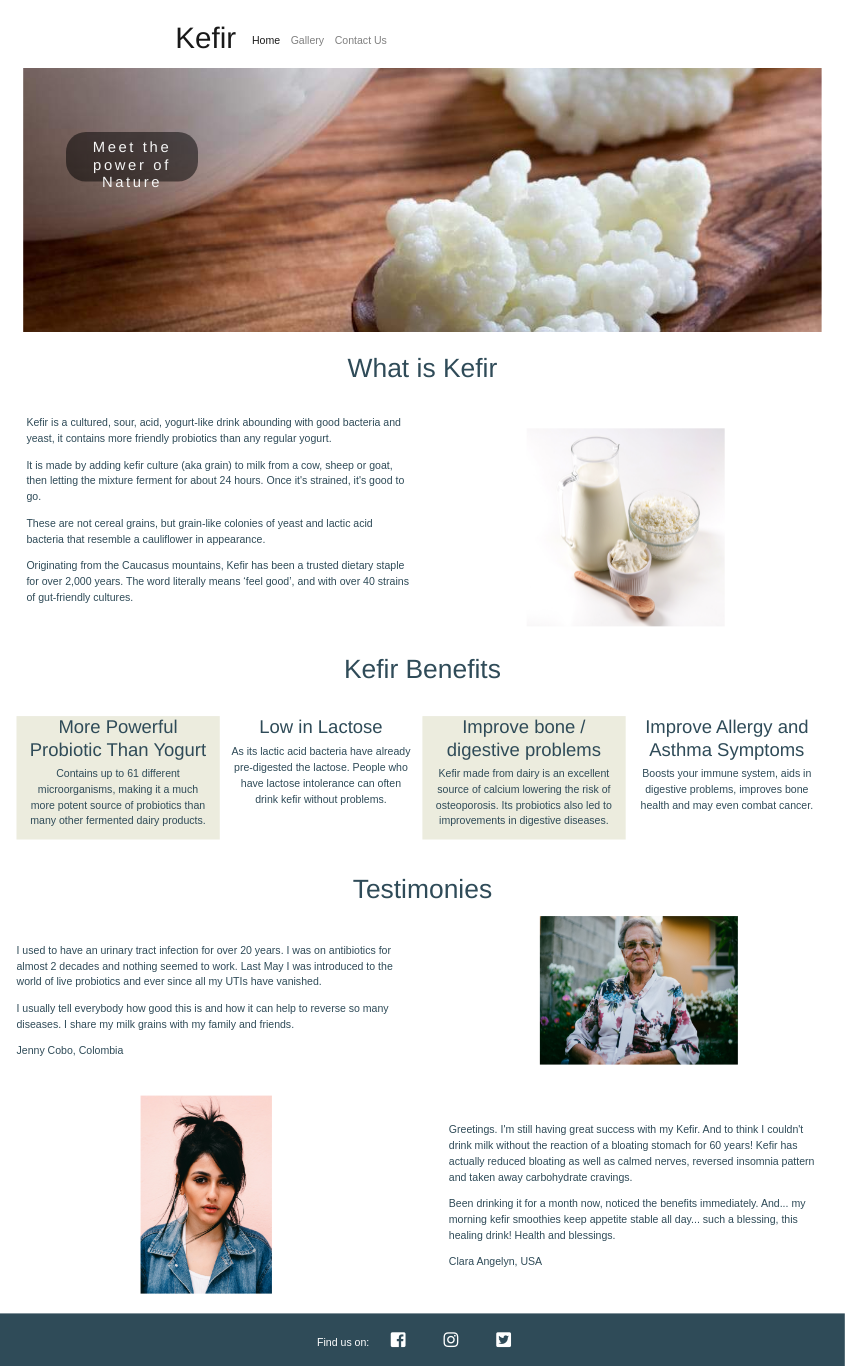
Repository: Code-Institute-Submissions/andna5980-kefir-repo_JuneResub
Page: index.html
An editor plug-in stored every save of this project. The page is shown before and after the next save, followed by the edit.
The browser window is 1280 px wide. The page is 1295 px wide, so the pictures cover 1295 px, including what lies to the right of the window. The pictures show the whole page, at 66% of full size.
Some web fonts or font styles are not loaded; a fallback is used. Some web libraries are served in a nearby version.

Above is the page before, as saved 2021-03-02 01:37:58.

### index.html
<!DOCTYPE html>
<html lang="en-US">

<head>
  <meta charset="UTF-8">
  <meta name="viewport" content="width=device-width, initial-scale=1.0">
  <meta name="author" content="Andres Navarrete">
  <meta name="description"
    content="Kefir, meet the power of nature. Bring the right knowledge and the best recipes from mother nature">
  <meta name="keywords" content="Kefir, recipes, natural-products, home-made, organic, healthy">
  <title>KEFIR | MEET THE POWER OF NATURE</title>
  <link rel="stylesheet" href="https://cdn.jsdelivr.net/npm/bootstrap@4.5.3/dist/css/bootstrap.min.css"
    integrity="sha384-TX8t27EcRE3e/ihU7zmQxVncDAy5uIKz4rEkgIXeMed4M0jlfIDPvg6uqKI2xXr2" crossorigin="anonymous">
  <link rel="stylesheet" href="https://use.fontawesome.com/releases/v5.6.3/css/all.css"
    integrity="sha384-UHRtZLI+pbxtHCWp1t77Bi1L4ZtiqrqD80Kn4Z8NTSRyMA2Fd33n5dQ8lWUE00s/" crossorigin="anonymous">
  <link href="./assets/styles/style.css" rel="stylesheet">
</head>

<body>
  <!--------------------Main-Header-------------------------------------->
  <header>
    <nav class="navbar navbar-expand-md navbar-light">
      <a class="navbar-brand" href="#">Kefir</a>
      <button class="navbar-toggler" type="button" data-toggle="collapse" data-target="#navbarNav"
        aria-controls="navbarNav" aria-expanded="false" aria-label="Toggle navigation">
        <span class="navbar-toggler-icon"></span>
      </button>
      <div class="collapse navbar-collapse" id="navbarNav">
        <ul class="navbar-nav">
          <li class="nav-item active">
            <a class="nav-link" href="#">Home <span class="sr-only">(current)</span></a>
          </li>
          <li class="nav-item">
            <a class="nav-link" href="#">Gallery</a>
          </li>
          <li class="nav-item">
            <a class="nav-link" href="#">Contact Us</a>
          </li>

        </ul>
      </div>
    </nav>
  </header>

  <!--------------------Hero-IMAGE--------------------- ----------------->

  <div class="test-red container-hero">
    <div class="hero-image col-12"></div>
    <div class="cover-text">
      <h2>Meet the power of Nature</h2>
    </div>

  </div>


  <!--------------------What-is-kefir-------------------------------------->

  <section>
    <div class="test-red row">
      <div class="welcome-text test-blue col-12">
        <h1>What is Kefir</h1>
      </div>
    </div>

    <div class="kefir-description test-red row">
      <div class="test-blue col-12 col-sm-6 ">
        <p>Kefir is a cultured, sour, acid, yogurt-like drink abounding with good bacteria and yeast, it contains
          more friendly probiotics than any regular yogurt.</p>
        <p>It is made by adding kefir culture (aka grain) to milk from a cow, sheep or goat, then letting the
          mixture ferment for about 24 hours. Once it's strained, it's good to go.</p>
        <p>These are not cereal grains, but grain-like colonies of yeast and lactic acid bacteria that resemble a
          cauliflower in appearance.</p>
        <p>Originating from the Caucasus mountains, Kefir has been a trusted dietary staple for over 2,000 years.
          The word literally means ‘feel good’, and with over 40 strains of gut-friendly cultures.</p>
      </div>

      <div class="col-12 col-sm-6 ">
        <div class="kefir-description-image">
          <img src="./assets/images/milk-products-dairy.jpg" alt="diferent-kefir-derivates" height="300" width="300">
        </div>
      </div>
    </div>

  </section>


  <!--------------------Kefir-benefits-------------------------------------->

  <section class="benefits-title">
    <div class="test-red row ">
      <div class=" test-blue col-12">
        <h1>Kefir Benefits</h1>
      </div>
    </div>

    <div class="test-red row benefits-row">
      <div class="test-blue benefits-box1 col-12 col-sm-6 col-md-3">
        <h3>More Powerful Probiotic Than Yogurt</h3>
        <p>Contains up to 61 different microorganisms, making it a much
          more potent source of probiotics than many other fermented dairy products.
        </p>
      </div>
      <div class="test-blue benefits-box col-12 col-sm-6 col-md-3">
        <h3>Low in Lactose </h3>
        <p>As its lactic
          acid bacteria have already pre-digested the lactose. People who have lactose
          intolerance can often drink kefir without problems.
        </p>

      </div>
      <div class="test-blue benefits-box1 col-12 col-sm-6 col-md-3">
        <h3>Improve bone / digestive problems </h3>
        <p>Kefir made from dairy is an excellent source of calcium lowering the risk of osteoporosis. Its probiotics
          also led to improvements in digestive diseases.
        </p>
      </div>
      <div class="test-blue benefits-box col-12 col-sm-6 col-md-3">
        <h3>Improve Allergy and Asthma Symptoms</h3>
        <p>Boosts your immune system, aids in digestive problems, improves bone health and may even combat cancer.
        </p>
      </div>
    </div>
  </section>

  <!--------------------Testimonies-------------------------------------->

  <section>
    <div class="testimonies-title test-red row">
      <div class=" test-blue col-12">
        <h1>Testimonies</h1>
      </div>
    </div>

    <div class=" test-red row">
      <div class="test-blue testimony-box col-12 col-sm-6">
        <p>I used to have an urinary tract infection for over 20 years. I was on antibiotics for almost 2 decades and
          nothing seemed to work. Last May I was introduced to the world of live probiotics and ever since all my
          UTIs have vanished.</p>
        <p>I usually tell everybody how good this is and how it can help to reverse so many diseases. I share my
          milk grains with my family and friends.</p>
        <p>Jenny Cobo, Colombia</p>
      </div>

      <div class="test-blue col-12 col-sm-6">
        <div class="test-blue testimony-image1">
          <img src="./assets/images/damir-bosnjak-VQ2L7t5qt_8-unsplash-min.jpg" alt="old-woman" height="225"
            width="300">
        </div>
      </div>
    </div>

    <div class="test-red row flex-column-reverse flex-sm-row ">
      <div class="test-blue testimony-image2 col-12 col-sm-6 col.order-1.order-xs-2">
        <img src="./assets/images/matheus-ferrero-W7b3eDUb_2I-unsplash.jpg" alt="young-woman" height="300">
      </div>

      <div class="test-blue testimony-box col-12 col-sm-6 ">
        <p>Greetings. I'm still having great success with my Kefir. And to think I couldn't drink milk without the
          reaction of a bloating stomach for 60 years! Kefir has actually reduced bloating as well as calmed
          nerves, reversed insomnia pattern and taken away carbohydrate cravings.</p>
        <p> Been drinking it for a month now, noticed the benefits immediately. And... my morning kefir smoothies
          keep appetite stable all day... such a blessing, this healing drink! Health and blessings.</p>
        <p>Clara Angelyn, USA</p>
      </div>

    </div>
  </section>

</body>

<footer>
  <div class="test-red row">
    <div class="test-blue col-12 social-networks">
      <span>Find us on:</span>
      <a href="http://facebook.com" target="_blank"><i class="fab fa-facebook-square"></i></a>

      <a href="http://instagram.com" target="_blank"><i class="fab fa-instagram"></i></a>

      <a href="http://twitter.com" target="_blank"><i class="fab fa-twitter-square"></i></a>
    </div>
  </div>
</footer>



<script src="https://code.jquery.com/jquery-3.2.1.slim.min.js"
  integrity="sha384-KJ3o2DKtIkvYIK3UENzmM7KCkRr/rE9/Qpg6aAZGJwFDMVNA/GpGFF93hXpG5KkN" crossorigin="anonymous"></script>
<script src="https://cdnjs.cloudflare.com/ajax/libs/popper.js/1.12.9/umd/popper.min.js"
  integrity="sha384-ApNbgh9B+Y1QKtv3Rn7W3mgPxhU9K/ScQsAP7hUibX39j7fakFPskvXusvfa0b4Q" crossorigin="anonymous"></script>
<script src="https://maxcdn.bootstrapcdn.com/bootstrap/4.0.0/js/bootstrap.min.js"
  integrity="sha384-JZR6Spejh4U02d8jOt6vLEHfe/JQGiRRSQQxSfFWpi1MquVdAyjUar5+76PVCmYl" crossorigin="anonymous"></script>

</html>

### assets/styles/style.css
@import url('https://fonts.googleapis.com/css2?family=Amatic+SC&family=Caveat+Brush&display=swap');

/*.container {
    margin: 15px;
}
*/

body {
    font-family: Arial, Helvetica, sans-serif;
    color: #2F4B58;
    max-width: 1950px;
}

h1, h2, h3 {
    font-family:  Caveat Brush, Helvetica, sans-serif;
    color: #2F4B58;
}


/*----------------------BORDER ROWS AND COLUMNS----------*/

/* .test-red {
    border: 3px solid red
}

.test-blue {
    border:1px solid blue
} */


/*-----------------------Header ----------*/

.navbar-brand {
    float: left;
    color: #2F4B58;
    font-family:  Caveat Brush, Helvetica, sans-serif;
    font-size: 280%;
    margin-left: 20%;
    margin-top: 10px;
}

.navbar-nav {
    float: right;
}

.navbar-nav li a{
    margin-top: 20px;
    color: #2F4B58;
}


.navbar-toggler {
    border: 2px solid #2F4B58;
    color: #2F4B58;
}

/*
.navbar-toggler.icon{

}
*/


/*-----------------------Hero-image ----------*/

.container-hero {
    height: 400px;
    overflow: hidden;
}

.hero-image {
    height: 400px;
    width: 110%;
    background: url(../images/milk-kefir-grains-spoon_1024x1024.jpg) no-repeat center;
    animation-name: hero-zoom;
    animation-duration: 4s;
    animation-fill-mode: forwards;
}

.cover-text h2{
    color: whitesmoke;
    font-size: 140%;
    letter-spacing: 4px;
    text-align: center;



    width: 200px;
    height: 75px;

    padding-top: 10px;

    background-color: rgba(0, 0, 0, .5);
    border-radius: 30px;

    top: 200px;
    left: 100px;

    position: absolute;
}




/*------Animation of the Hero image-------*/

@keyframes hero-zoom {
    from{
        transform: scale(1);
    }
    to{
        transform: scale(1.2);
    }
}

/*-----------------------What-is-kefir-are----------*/

.welcome-text {
    text-align: center;
    margin: 25px, 0;
    padding-top: 30px;
}

.kefir-description{
    padding: 40px;
}

.kefir-description-image {
    padding-top: 20px;
    text-align: center;
}


/*-----------------------kefir-benefits-area----------*/

.benefits-title {
    text-align: center;
    margin: 40px, 0;

}

.benefits-row {
    padding: 40px;
    color: #2F4B58;

}

.benefits-box1 {
    background-color: #ECECDE;
}




/*-----------------------testimonies----------*/
.testimonies-title {
    text-align: center;
    margin: 25px, 0;
    margin-top: 10px;
    margin-bottom: 10px;
}

.testimony-image1 {
   /* padding-top: 40px;
   padding-left: 50px; */
   display: flex;
   justify-content: center;
}

.testimony-image2 {
    /* padding-top: 40px;
    padding-left: 100px; */
    display: flex;
   justify-content: center;
 }


.testimony-box {
    padding: 40px;
}


/*-----------------------footer----------*/

footer {
    height: 80px;
    width: 100%;
    background-color: #2F4B58;
    overflow: hidden;
    margin-top: 10px;

}

.social-networks {
    text-align: center;
    margin-right: 20px;
}

.social-networks a {
    color: white;
    display: inline-block;

    margin: 1px;
    padding: 2%;

    transition: all 0.35s ease-in-out;
    -moz-transition: all 0.35s ease-in-out;
    -webkit-transition: all 0.35s ease-in-out;
    -o-transition: all 0.35s ease-in-out;
}

.social-networks a i:hover {
    color: black;
}

.social-networks i {
    font-size: 160%;
    margin: 1%;
    padding: 5%;
    color: white;
  }

  .social-networks span {
    color: white;
}

After the next save:
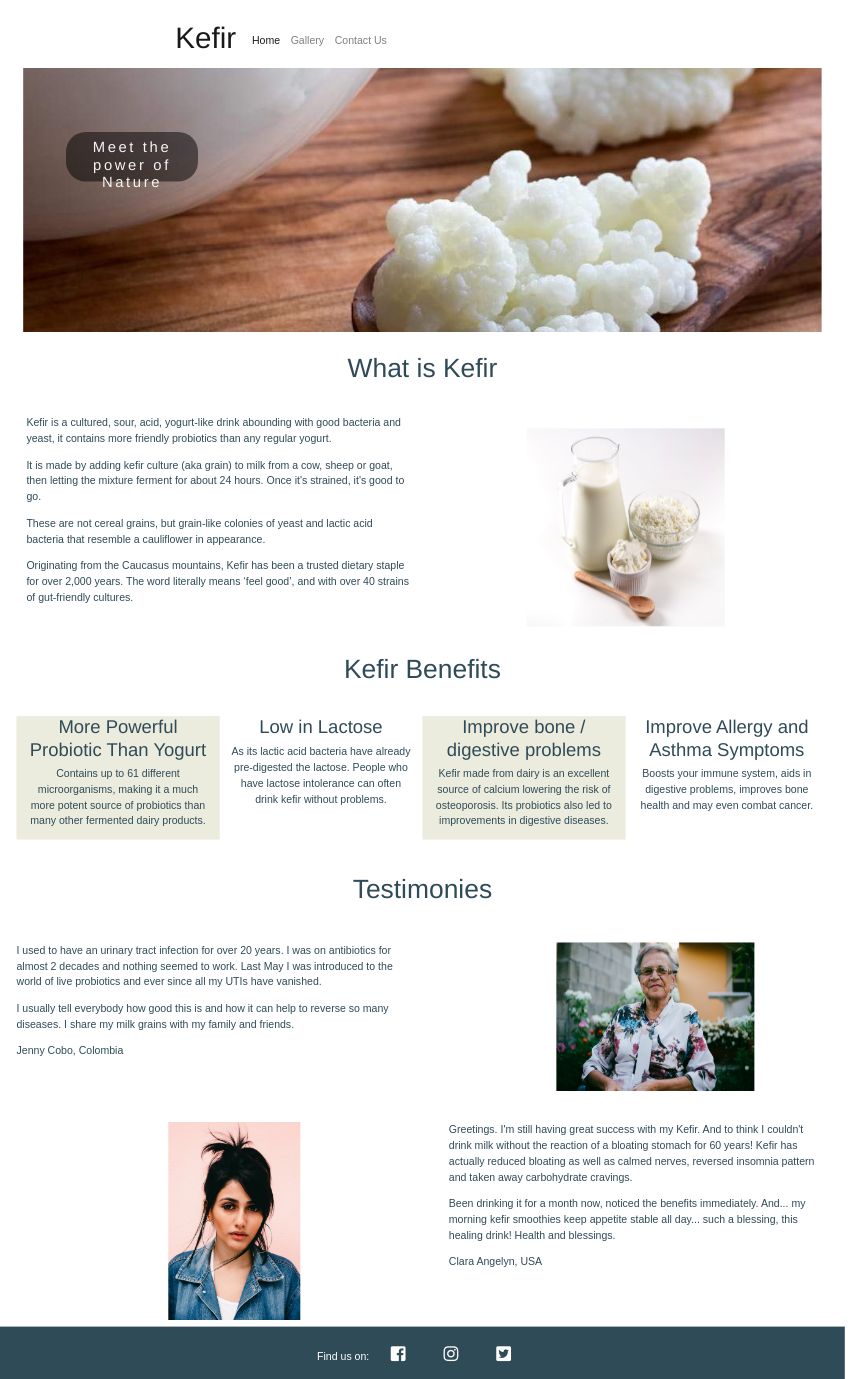
Saved 33 s later.
--- a/assets/styles/style.css
+++ b/assets/styles/style.css
@@ -161,15 +161,15 @@ h1, h2, h3 {
 }
 
 .testimony-image1 {
-   /* padding-top: 40px;
-   padding-left: 50px; */
+   padding-top: 40px;
+   padding-left: 50px;
    display: flex;
    justify-content: center;
 }
 
 .testimony-image2 {
-    /* padding-top: 40px;
-    padding-left: 100px; */
+    padding-top: 40px;
+    padding-left: 100px;
     display: flex;
    justify-content: center;
  }
